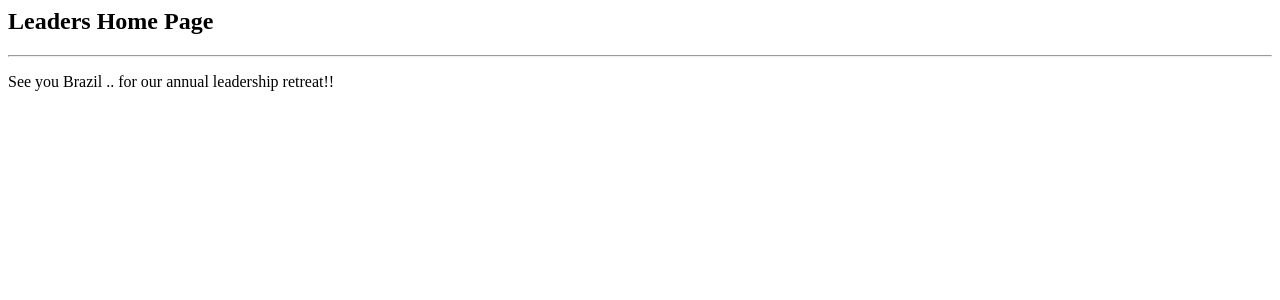
Repository: khaledesmail89/spring-Hibernate
Page: http://localhost/spring-security-demo-07-user-roles/leaders
An editor plug-in stored every save of this project. The page is shown before and after the next save, followed by the edit.
The browser window is 1280 px wide. The pictures show the whole page.
The page is served by Tomcat 9.

Above is the page before, as saved 2018-10-09 11:52:15.

After the next save:
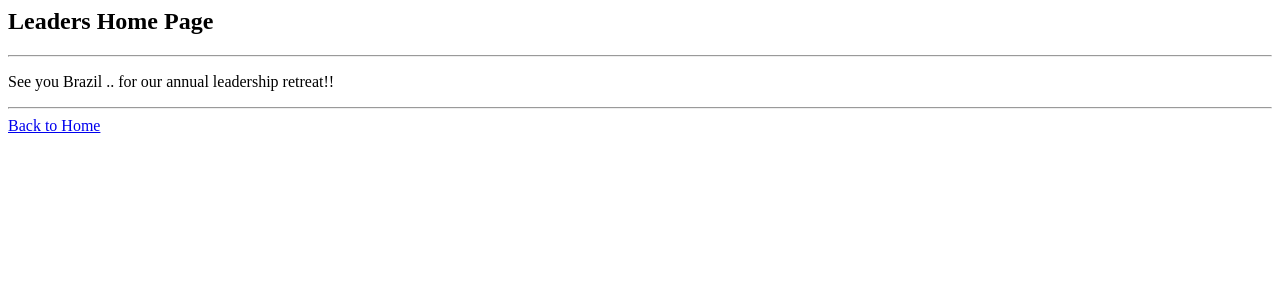
Saved 69 s later.
--- a/spring-security-demo-07-user-roles/src/main/webapp/WEB-INF/view/leaders.jsp
+++ b/spring-security-demo-07-user-roles/src/main/webapp/WEB-INF/view/leaders.jsp
@@ -10,5 +10,7 @@ Leaders Home Page
 <p>
 See you Brazil  ..  for our annual leadership retreat!!
 </p>
+<hr>
+<a href="${pageContext.request.contextPath}/">Back to Home</a>
 </body>
 </html>
